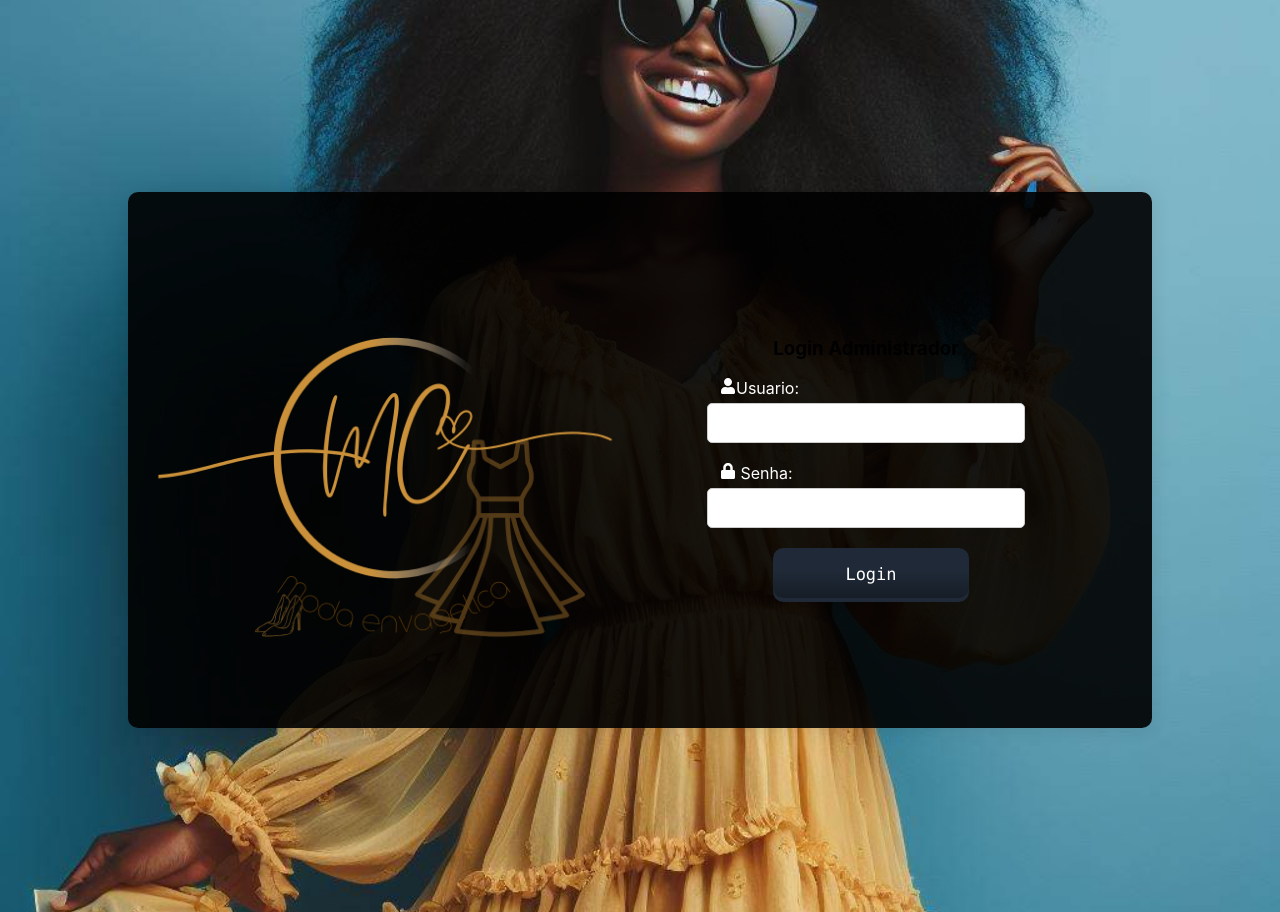
Repository: Mixchelle/ecommerce-moda-evangelica
Page: /login-admin
An editor plug-in stored every save of this project. The page is shown before and after a run of saves, followed by the edit.
The browser window is 1280 px wide. The pictures show the whole page.
The project was rebuilt for these pictures with package versions that can differ from the ones it lists, and the page was loaded fresh each time. Also part of the build but not shown: src/components/Header.js, src/components/CategoriesFilter.js, src/pages/Home.js, src/pages/Login.js, src/pages/Admin.js, src/pages/Cart.js.

Above is the page before, as saved 2024-04-29 22:40:40.

### src/App.js
import React from 'react';
import { BrowserRouter as Router, Routes, Route } from 'react-router-dom';
import './App.css';
import Home from './pages/Home';
import Login from './pages/Login';
import LoginAdmin from './pages/LoginAdmin';
import Admin from './pages/Admin';
import Cart from './pages/Cart';

function App() {
  return (
    <Router>
      <div className="App">
        <Routes>
          <Route exact path="/" element={<Home />} />
          <Route path="/login" element={<Login />} />
          <Route path="/login-admin" element={<LoginAdmin />} />
          <Route path="/admin" element={<Admin />} />
          <Route path="/cart" element={<Cart />} />
        </Routes>
      </div>
    </Router>
  );
}

export default App;

### src/pages/LoginAdmin.jsx
import React, { useState } from 'react';
import { FaUser, FaLock } from 'react-icons/fa';
import '../style/Login.css';
import logo from '../assets/logo-sem-fundo.png';

const LoginAdmin = () => {

    const [username, setUsername] = useState('');
    const [password, setPassword] = useState('');
    // Usando o hook useWebSocket para receber dados do WebSocket

    const handleSubmit = async (e) => {
      e.preventDefault();
      try {

      } catch (error) {

      }
    };


    return (
      <div className="login-container">
        <div className="image-container">
          <img src={logo} alt="Logo da Empresa" />
        </div>
        <div className="form-container">
          <h3>Login Administrador</h3>
          <form onSubmit={handleSubmit}>
            <div className="form-group">
              <label htmlFor="username">
                <FaUser />
                Usuario:
              </label>
              <input
                type="text"
                id="username"
                name="username"
                value={username}
                onChange={(e) => setUsername(e.target.value)}
              />
            </div>
            <div className="form-group">
              <label htmlFor="password">
                <FaLock /> Senha:
              </label>
              <input
                type="password"
                id="password"
                name="password"
                value={password}
                onChange={(e) => setPassword(e.target.value)}
              />
            </div>
            <button type="submit">
              <span className="transition"></span>
              <span className="gradient"></span>
              <span className="label">Login</span>
            </button>
          </form>
        </div>
      </div>
    );
  };

  export default LoginAdmin;

### src/style/Login.css
body {
  background-image: url('../assets/OIG2.3KeraQGUKquJ4o.jpeg');
  background-size: cover;
  background-repeat: no-repeat;
  background-position: center;
  height:100vh;
  margin: 0;
  padding: 0;
}

.login-container {
  margin-top: 15%;
  margin-bottom: auto;
  margin-left: auto;
  margin-right: auto;
  display: flex;
  width: 80%;
  justify-content: center;
  align-items: center;
  background-color: rgba(0, 0, 0, 0.9);
  border-radius: 10px;
  box-shadow: 0 0 20px rgba(0, 0, 0, 0.1);
}

.image-container {
  flex: 1;
}

.image-container img {
  max-width: 100%;
  flex: 1;
  padding: 20px;
}

.form-container {
  flex: 1;

  margin-right: 40px;
}

.form-container h1 {
  color: #fff;
  text-align: center;

}

.form-group {
  margin-bottom: 20px;
  text-align: center;
  color: #fff;
  justify-content: center;
}

.form-group label {
  display: block;
  margin-bottom: 5px;
  text-align: left;
  margin-left: 100px;
  color: #fff;
}

.form-group input {
  width: 60%;
  padding: 10px;
  font-size: 16px;
  border: 1px solid #ccc;
  border-radius: 5px;
  outline: none;

}

button {
  width: 40%;
  padding: 10px;
  font-size: 18px;
  color: #fff;
  background-color: #007bff; /* Azul moderno */
  border: none;
  border-radius: 5px;
  cursor: pointer;
  outline: none;
  transition: background-color 0.3s ease;
  margin-left: 10px;
}

button:hover {
  background-color: #0056b3; /* Azul mais escuro ao passar o mouse */
}

button {
  font-family: ui-monospace, SFMono-Regular, Menlo, Monaco, Consolas,
    'Liberation Mono', 'Courier New', monospace;
  font-size: 17px;
  padding: 1em 2.7em;
  font-weight: 500;
  background: #1f2937;
  color: white;
  border: none;
  position: relative;
  overflow: hidden;
  border-radius: 0.6em;
  cursor: pointer;
  text-align: center;
}

.gradient {
  position: absolute;
  width: 100%;
  height: 100%;
  left: 0;
  top: 0;
  border-radius: 0.6em;
  margin-top: -0.25em;
  background-image: linear-gradient(
    rgba(0, 0, 0, 0),
    rgba(0, 0, 0, 0),
    rgba(0, 0, 0, 0.3)
  );
}

.label {
  position: relative;
  top: -1px;
}

.transition {
  transition-timing-function: cubic-bezier(0, 0, 0.2, 1);
  transition-duration: 500ms;
  background-color: rgba(16, 185, 129, 0.6);
  border-radius: 9999px;
  width: 0;
  height: 0;
  position: absolute;
  left: 50%;
  top: 50%;
  transform: translate(-50%, -50%);
}

button:hover .transition {
  width: 14em;
  height: 14em;
}

button:active {
  transform: scale(0.97);
}

@media (max-width: 768px) {
  /* Para dispositivos com largura mínima de 768px (tablets e desktops) */
  .login-container {
    display: flex;
    flex-direction: column;
    height:80vh;
    width: 95%;
    margin-top: 30%;
    background-color: rgba(0, 0, 0, 0.7);

  }

  .image-container {
    flex: 1;
    margin-bottom: 0;
    width: 200px;
margin-left: 1px;
  }

  .form-container {
    flex: 2;
width: 130%;
padding: 10px;
justify-content: center;
margin-left: 30px;

  }
}

Loaded but not shown: public/index.html (common file); src/index.js (common file); src/index.css (common file); src/reportWebVitals.js (common file); src/App.css (common file)

After the next 2 saves:
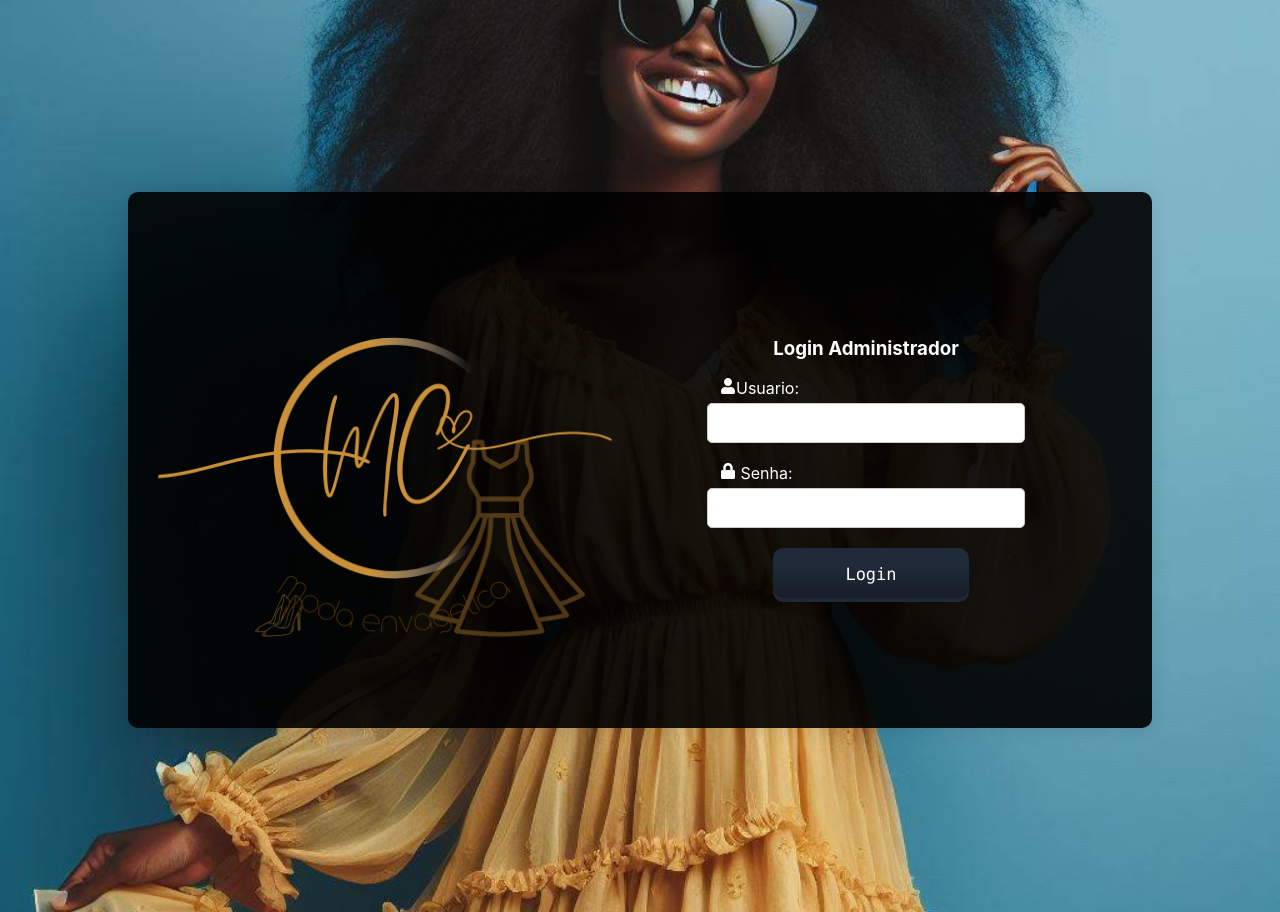
The 2 saves are shown as one change because they came seconds apart.
The last was saved 18 s later.
--- a/src/style/Login.css
+++ b/src/style/Login.css
@@ -38,7 +38,7 @@
   margin-right: 40px;
 }
 
-.form-container h1 {
+.form-container h3 {
   color: #fff;
   text-align: center;
 
